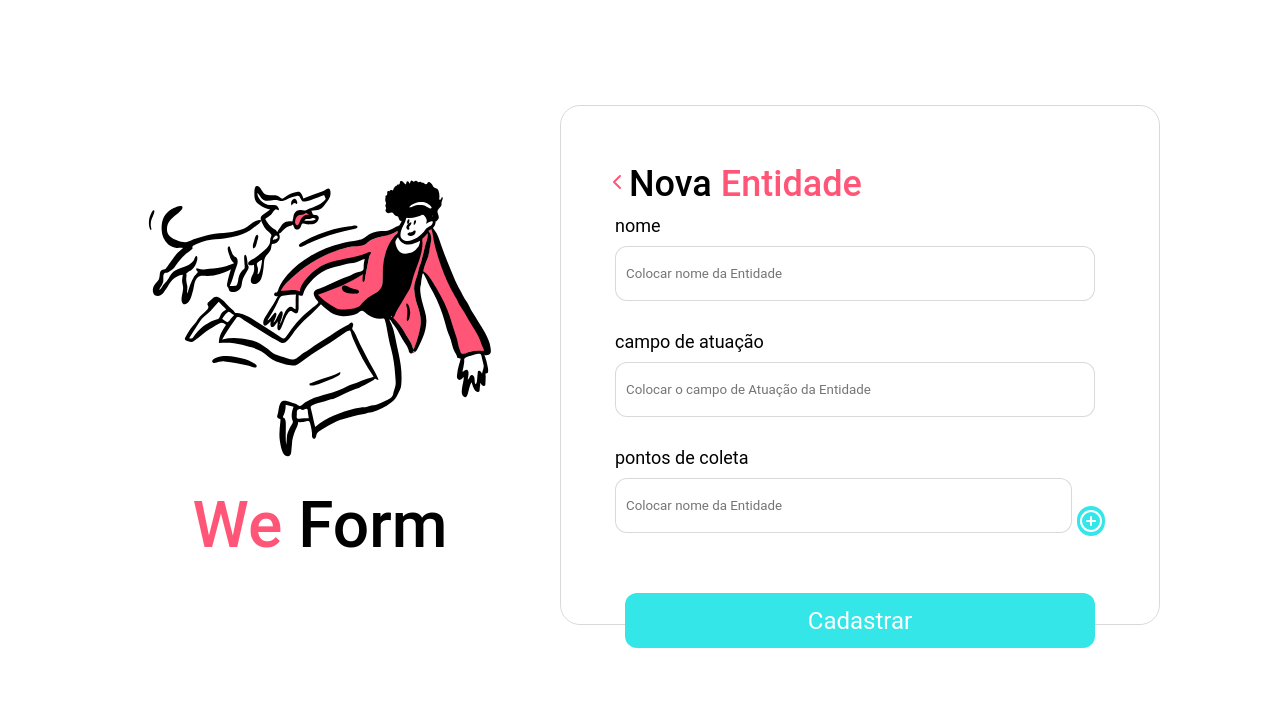
Repository: guilhermecardoso93/we-form
Page: nova-entidade.html
These files come from the project's save history. The page is drawn as it stood at one moment and after the next save; the edit follows.
The browser window is 1280 px wide. The pictures show the whole page.
Some web libraries are served in a nearby version.

Above is the page before, as saved 2024-06-09 18:21:53.

### nova-entidade.html
<!DOCTYPE html>
<html lang="pt-BR">

    <head>
        <meta charset="UTF-8">
        <meta name="viewport" content="width=device-width, initial-scale=1.0">
        <link rel="stylesheet"
            href="https://cdnjs.cloudflare.com/ajax/libs/font-awesome/5.13.1/css/all.min.css">
        <link rel="stylesheet" href="./styles.css">
        <title>We Form</title>
    </head>

    <body>
        <div class="content">

            <aside>
                <img src="./assets/hero.svg"
                    alt="Ilustração mulher com cachorro" />
                <h1>
                    <span>We</span> Form
                </h1>
            </aside>

            <main>
                <div class="header">
                    <a href="/">
                        <img src="./assets/arrow-back.svg" alt="seta" />
                        </a href="/">
                        <h2>Nova <span>Entidade</span></h2>
                    </div>

                    <form>
                        <label form="nome">Nome</label>
                        <input type="text"
                            placeholder="Colocar nome da Entidade" id="nome">

                        <label form="field">Campo de Atuação</label>
                        <input type="text"
                            placeholder="Colocar o campo de Atuação da Entidade"
                            id="field">

                        <div>
                            <label form="points">Pontos de coleta</label>
                            <div class="points-things">
                                <input type="text"
                                    placeholder="Colocar nome da Entidade"
                                    id="points">
                                <button>
                                    <img src="./assets/plus.svg" alt />
                                </button>
                            </div>

                        </div>
                    </form>
                    <div class="buttons">
                        <button>
                            <a href="http://">Cadastrar </a>
                        </div>

                    </main>
                </div>
            </body>

        </html>

### styles.css
* {
  padding: 0;
  margin: 0;
  box-sizing: border-box;
  font-family: Roboto, sans-serif;
}

:root {
  font-size: 62.5%;
  --border-color: .1rem solid rgba(0, 0, 0, 0.15);
}

body {
  font-size: 1.6rem;
  text-decoration: none;
}

.content {
  display: flex;
  flex-wrap: wrap-reverse;
  align-items: center;
  justify-content: center;
  gap: 4rem;
  margin: 10.5rem 0 4rem 0;
}


aside {
  display: flex;
  flex-direction: column;
  align-items: center;
  justify-content: center;
  gap: 2rem;
}

aside h1 {
  font-size: 6.4rem;
  font-weight: 500;
  line-height: 75px;
}

aside h1>span, main h2>span {
  color: #FF5678;
}

aside img {
  width: 40rem;
}


main {
  width: 60rem;
  height: 52rem;
  border: var(--border-color);
  border-radius: 20px;
  padding: 5.7rem 4.4rem;
}

main h2 {
  max-width: 43rem;
  font-size: 3.6rem;
  font-weight: 500;
}

.buttons {
  display: flex;
  flex-direction: column;
  justify-content: center;
  gap: 3.5rem;
  margin: 2rem;
}


.buttons button {
  background-color: #35e6e9;
  height: 5.5rem;
  border: none;
  border-radius: 12px;
}

.buttons button:hover {
  opacity: 0.5;
}

.buttons button a {
  text-decoration: none;
  color: #fff;
  font-size: 2.4rem;
}

.buttons button+button {
  background-color: #FF5678;
}

.footer {
  display: flex;
  flex-direction: column;
  align-items: center;
  justify-content: center;
  gap: 1rem;
}

.footer p {
  font-size: 1.6rem;
  margin-top: 8rem;
}

.footer a {
  font-size: 1.2rem;
  color: #000;
  text-decoration: none;
}

main form {
  display: flex;
  flex-direction: column;
  padding: 1rem;
}

main form input {
  width: 48rem;
  height: 5.5rem;
  background-color: #ffff;
  border: var(--border-color);
  border-radius: 12px;
  padding: 1rem;
  margin-bottom: 3rem;
}


main form label {
  font-size: 1.8rem;
  font-weight: 400;
  text-transform: lowercase;
  margin-bottom: 1rem;
  display: block;
}

.header {
  display: flex;
  align-items: center;
}

.points-things {
  display: flex;
  gap: .5rem;
  justify-content: center;
  align-items: center;
}

.points-things button {
  display: flex;
  border: none;
  border-radius: 50px;
  height: 30px;
  width: 30px;
  align-items: center;
  justify-content: center;
  background-color: #35e6e9;
}

### assets/arrow-back.svg
<svg xmlns="http://www.w3.org/2000/svg" width="24" height="24" viewBox="0 0 24 24" fill="none" stroke="#FF5678" stroke-width="2" stroke-linecap="round" stroke-linejoin="round" class="lucide lucide-chevron-left"><path d="m15 18-6-6 6-6"/></svg>

### assets/plus.svg
<svg xmlns="http://www.w3.org/2000/svg" width="24" height="24" viewBox="0 0 24 24" fill="none" stroke="#fff" stroke-width="2" stroke-linecap="round" stroke-linejoin="round" class="lucide lucide-circle-plus"><circle cx="12" cy="12" r="10"/><path d="M8 12h8"/><path d="M12 8v8"/></svg>

After the next save:
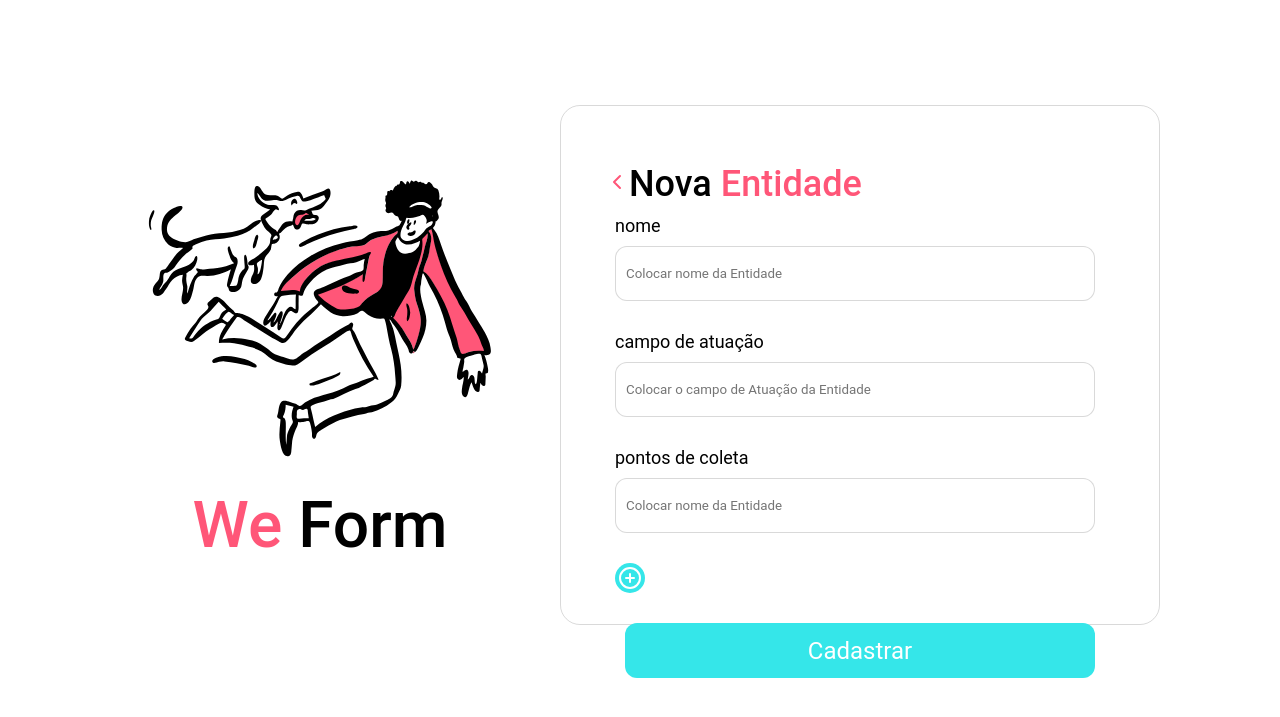
Saved 4 s later.
--- a/styles.css
+++ b/styles.css
@@ -142,10 +142,7 @@
 }
 
 .points-things {
-  display: flex;
-  gap: .5rem;
-  justify-content: center;
-  align-items: center;
+
 }
 
 .points-things button {

After the save that followed:
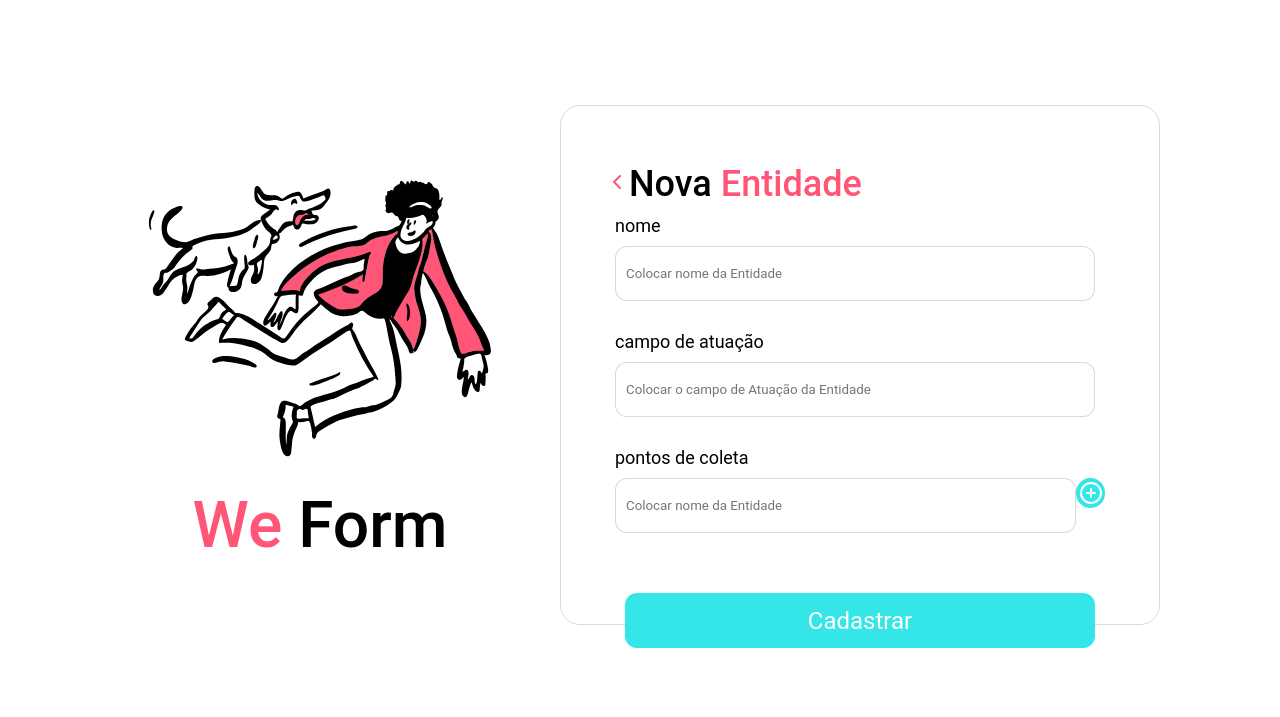
Saved 5 s later.
--- a/styles.css
+++ b/styles.css
@@ -142,7 +142,7 @@
 }
 
 .points-things {
-
+  display: flex;
 }
 
 .points-things button {
